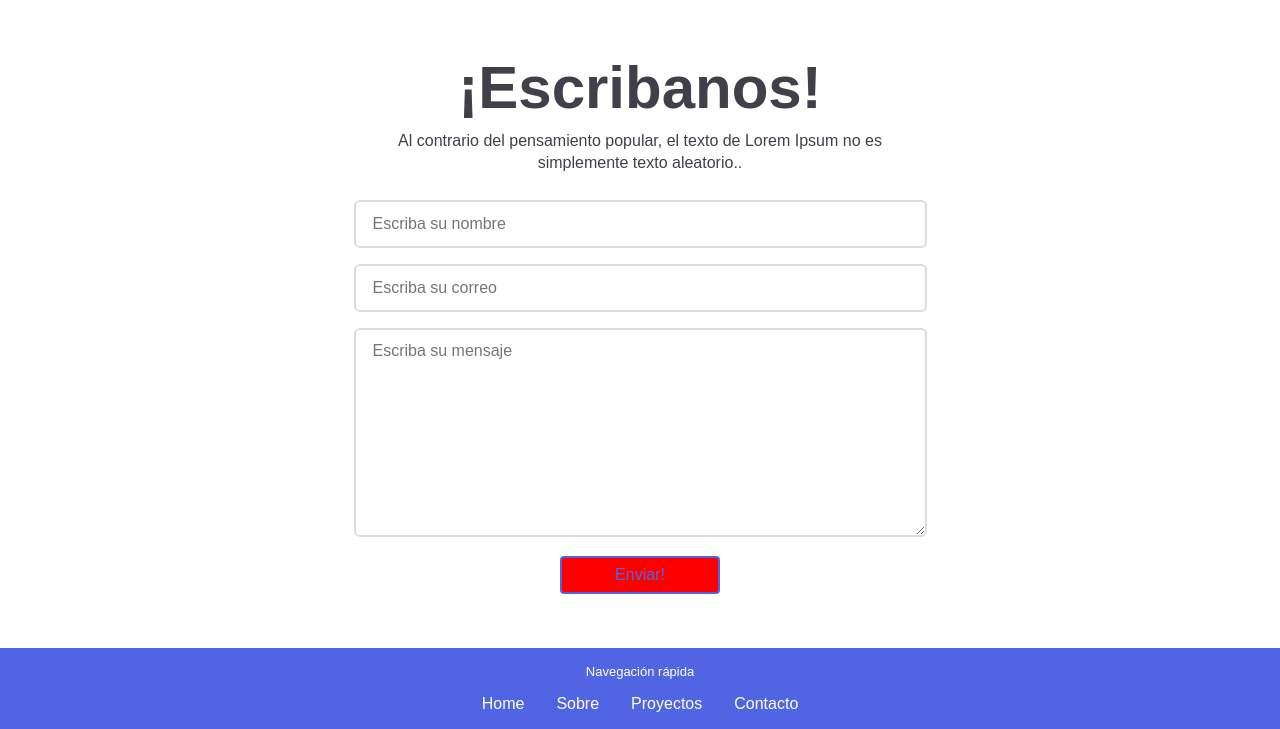
Repository: robsonmarkes/accesibilidad
Page: index.html
The author's editor kept a copy of each file at every save. The page is drawn from the files as they stood at one save, then again after the next save.
The browser window is 1280 px wide. The pictures show the part of the page from y = 1369 to 2098 px (the page is 2098 px tall).
A picture or video elsewhere on the page could not be fetched, so the positions and the page height are approximate.

Above is the page before, as saved 2022-10-11 16:28:54.

After the next save:
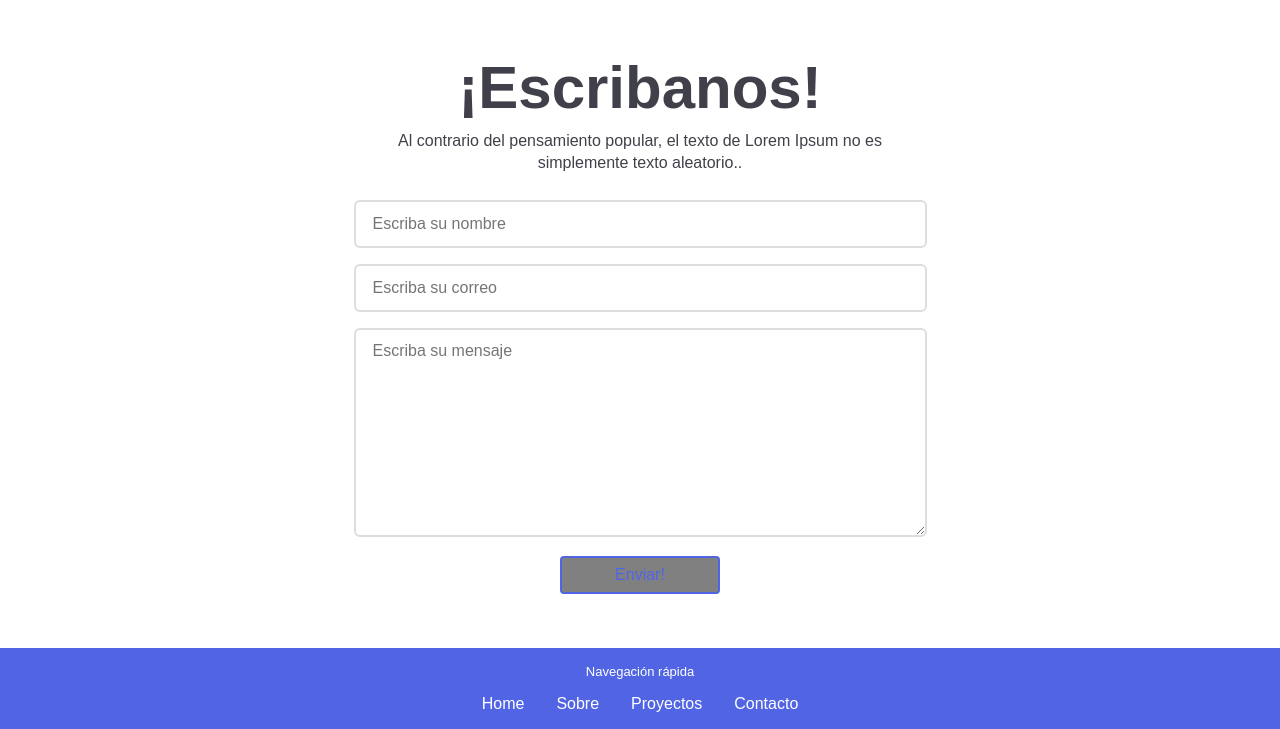
Saved 10 s later.
--- a/style.css
+++ b/style.css
@@ -182,7 +182,7 @@ body a:hover {
 }
 
 .wrap .content .article form fieldset button[disabled] {
-    background: red;
+    background: gray;
 }
 
 .wrap .content .article form fieldset .validator {
